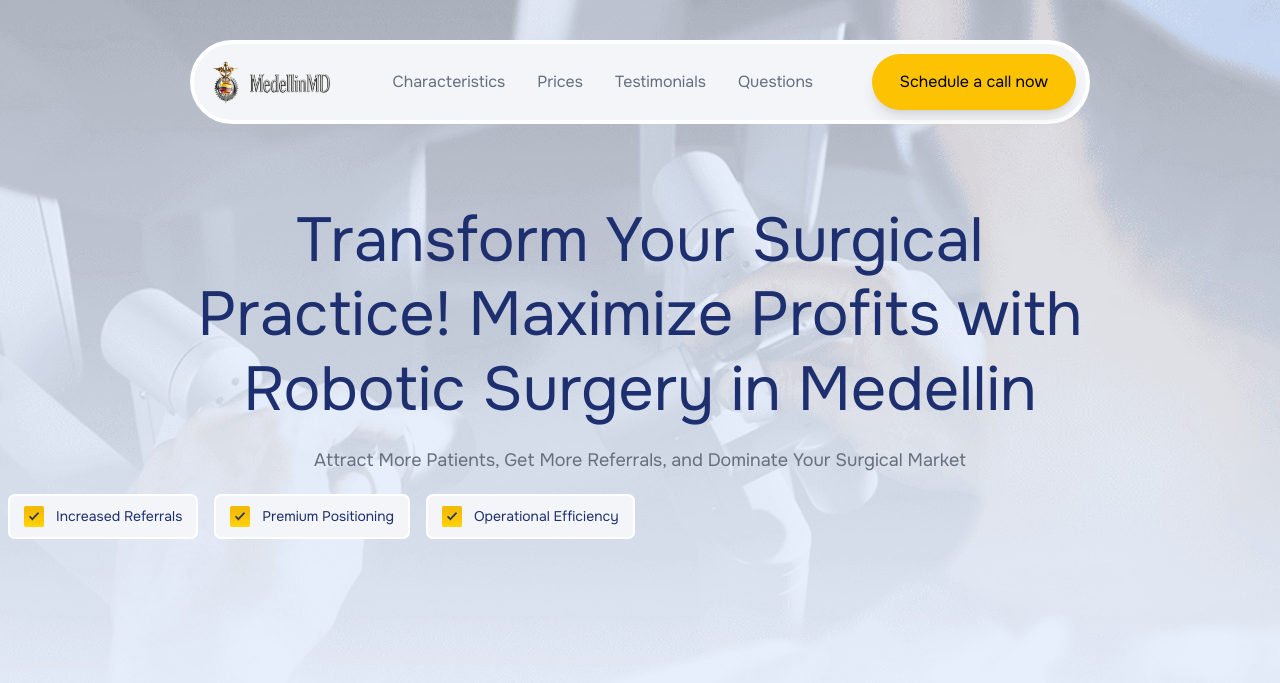
Repository: emmanueltech2019/cmd
Page: /home
An editor plug-in stored every save of this project. The page is shown before and after the next save, followed by the edit.
The browser window is 1280 px wide. The pictures show the whole page.
The project was rebuilt for these pictures with package versions that can differ from the ones it lists, and the page was loaded fresh each time. The framework's server and built-in components were replaced by stand-ins that run in the browser. Also part of the build but not shown: next.config.mjs.

Above is the page before, as saved 2025-05-15 16:37:33.

After the next save:
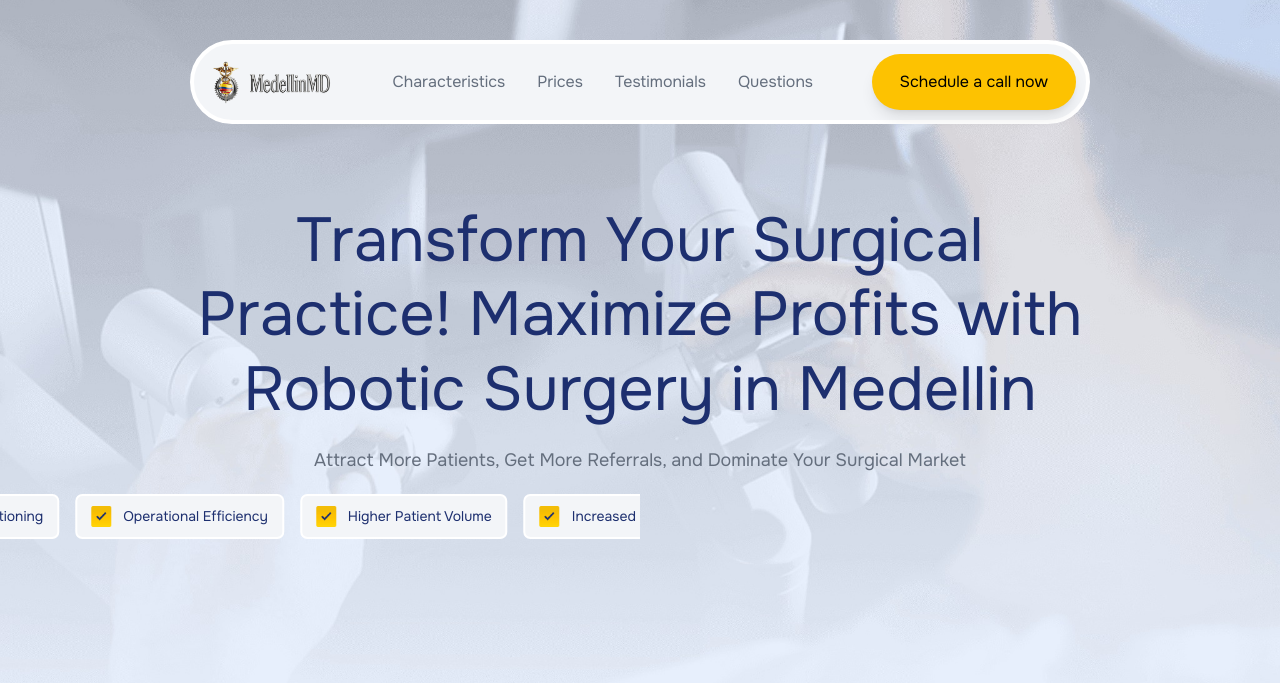
Saved 40 s later.
--- a/src/app/home/page.jsx
+++ b/src/app/home/page.jsx
@@ -50,7 +50,7 @@ const page = () => {
                 <p className='text-websubhero-font text-web-navgray text-center py-5'>Attract More Patients, Get More Referrals, and Dominate Your Surgical Market</p>
             </div>
             <div className="w-[50%] overflow-hidden">
-                <div className="flex whitespace-nowrap">
+                <div className="flex whitespace-nowrap animate-slide">
                     {slideViewData.map((item) => (
                         <SlideView key={`a-${item.id}`}>
                             <div className="flex gap-3">
